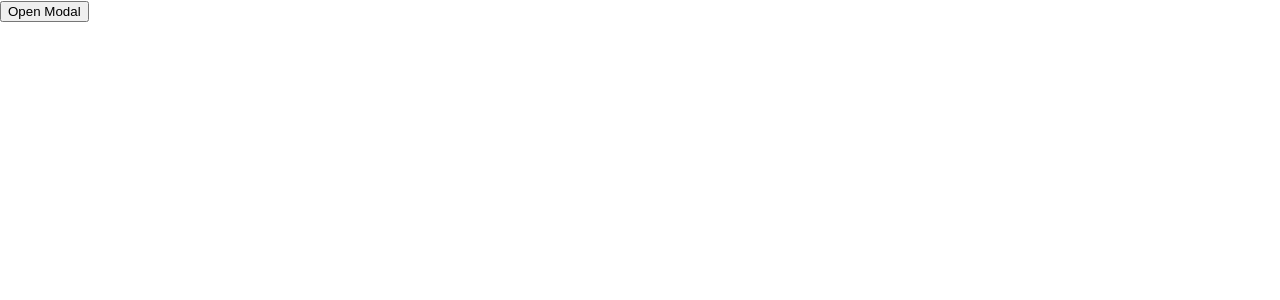
Repository: janghwahyun/wanted_pre_onboarding
Page: /Modal
An editor plug-in stored every save of this project. The page is shown before and after a run of saves, followed by the edit.
The browser window is 1280 px wide. The pictures show the whole page.
The project was rebuilt for these pictures with package versions that can differ from the ones it lists, and the page was loaded fresh each time. Also part of the build but not shown: src/component/ClickToEdit.js, src/component/AutoComplete.js, src/component/Tab.js, src/component/Toggle.js.

Above is the page before, as saved 2022-02-11 13:09:45.

### src/App.js
import ClickToEdit from './component/ClickToEdit';
import AutoComplete from './component/AutoComplete';
import Modal from './component/Modal';
import Tab from './component/Tab';
import Toggle from './component/Toggle';

import './App.css';
import { BrowserRouter, Routes, Route } from 'react-router-dom';

function App() {
  return (
    <BrowserRouter>
      <Routes>
        <Route path="/" element={<App />} />
        <Route path="/ClickToEdit" element={<ClickToEdit />} />
        <Route path="/AutoComplete" element={<AutoComplete />} />
        <Route path="/Modal" element={<Modal />} />
        <Route path="/Tab" element={<Tab />} />
        <Route path="/Toggle" element={<Toggle />} />
      </Routes>
    </BrowserRouter>
  );
}

export default App;

### src/component/Modal.js
import React, { useState } from 'react';
import styled from 'styled-components';

function Modal() {
  let [modal, setModal] = useState(false);

  return (
    <>
      <div>
        <button
          onClick={() => {
            setModal(true);
          }}
        >
          Open Modal
        </button>

        {modal === true ? <ModalUI /> : null}
      </div>
    </>
  );
}
const ModalUI = () => {
  return (
    <div className="modalUI">
      <h2>모달창 이어요</h2>
    </div>
  );
};

export default Modal;

### src/App.css
* {
  box-sizing: border-box;
}

.App {
  width: 100%;
  height: 100vh;
  display: flex;
  justify-content: center;
  align-items: center;
}

Loaded but not shown: public/index.html (common file); src/index.js (common file); src/index.css (common file); src/reportWebVitals.js (common file)

After the next 3 saves:
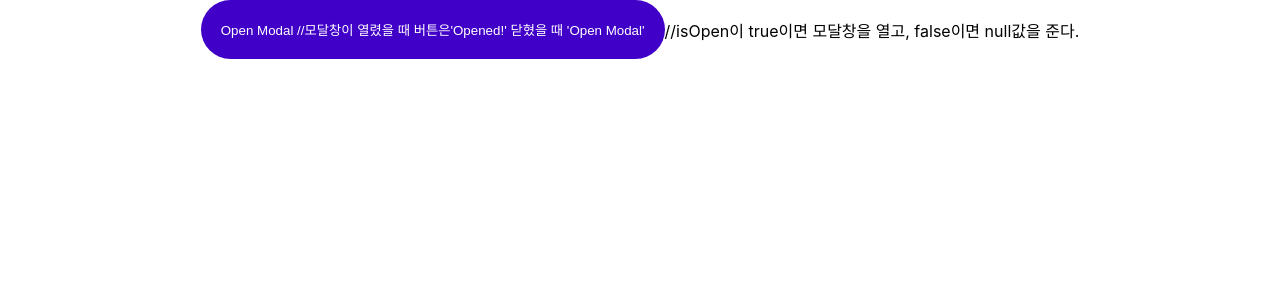
The 3 saves are shown as one change because 2 did not build or start.
The last was saved 78 s later.
--- a/src/component/Modal.js
+++ b/src/component/Modal.js
@@ -1,31 +1,87 @@
-import React, { useState } from 'react';
+import { useState } from 'react';
 import styled from 'styled-components';
 
-function Modal() {
-  let [modal, setModal] = useState(false);
+const Modal = () => {
+  const [isOpen, setIsOpen] = useState(false); //isOpen 상태를 만들어준다.
+  const openModalHandler = event => {
+    setIsOpen(!isOpen);
+  };
 
   return (
     <>
-      <div>
-        <button
-          onClick={() => {
-            setModal(true);
-          }}
-        >
-          Open Modal
-        </button>
-
-        {modal === true ? <ModalUI /> : null}
-      </div>
+      <ModalContainer>
+        <ModalBtn onClick={openModalHandler}>{isOpen ? 'Opened!' : 'Open Modal'} //모달창이 열렸을 때 버튼은'Opened!' 닫혔을 때 'Open Modal'</ModalBtn>
+        //isOpen이 true이면 모달창을 열고, false이면 null값을 준다.
+        {isOpen ? (
+          <ModalBackdrop onClick={openModalHandler}>
+            <ModalView
+              onClick={event => {
+                event.stopPropagation();
+              }}
+            >
+              <div className="close-btn" onClick={openModalHandler}>
+                &times;
+              </div>
+              <div>HELLO CODESTATES!</div>
+            </ModalView>
+          </ModalBackdrop>
+        ) : null}
+      </ModalContainer>
     </>
   );
-}
-const ModalUI = () => {
-  return (
-    <div className="modalUI">
-      <h2>모달창 이어요</h2>
-    </div>
-  );
 };
+const ModalContainer = styled.div`
+  display: flex;
+  justify-content: center;
+  align-items: center;
+  height: 100%;
+  position: relative;
+`;
+
+const ModalBackdrop = styled.div`
+  position: fixed;
+  display: flex;
+  justify-content: center;
+  align-items: center;
+  width: 100%;
+  height: 100%;
+  top: 0;
+  left: 0;
+  right: 0;
+  bottom: 0;
+  margin: auto;
+  background-color: rgba(0, 0, 0, 0.5);
+  z-index: 1;
+`;
+
+const ModalBtn = styled.button`
+  background-color: #4000c7;
+  text-decoration: none;
+  border: none;
+  padding: 20px;
+  color: white;
+  border-radius: 30px;
+  cursor: grab;
+`;
+
+export const ModalView = styled.div.attrs(props => ({
+  role: 'dialog',
+}))`
+  display: flex;
+  flex-direction: column;
+  justify-content: center;
+  align-items: center;
+  background-color: white;
+  width: 200px;
+  height: 100px;
+  border-radius: 1rem;
+  position: relative;
+  > .close-btn {
+    position: absolute;
+    top: 2px;
+    right: 7px;
+    cursor: pointer;
+  }
+`;
 
 export default Modal;
